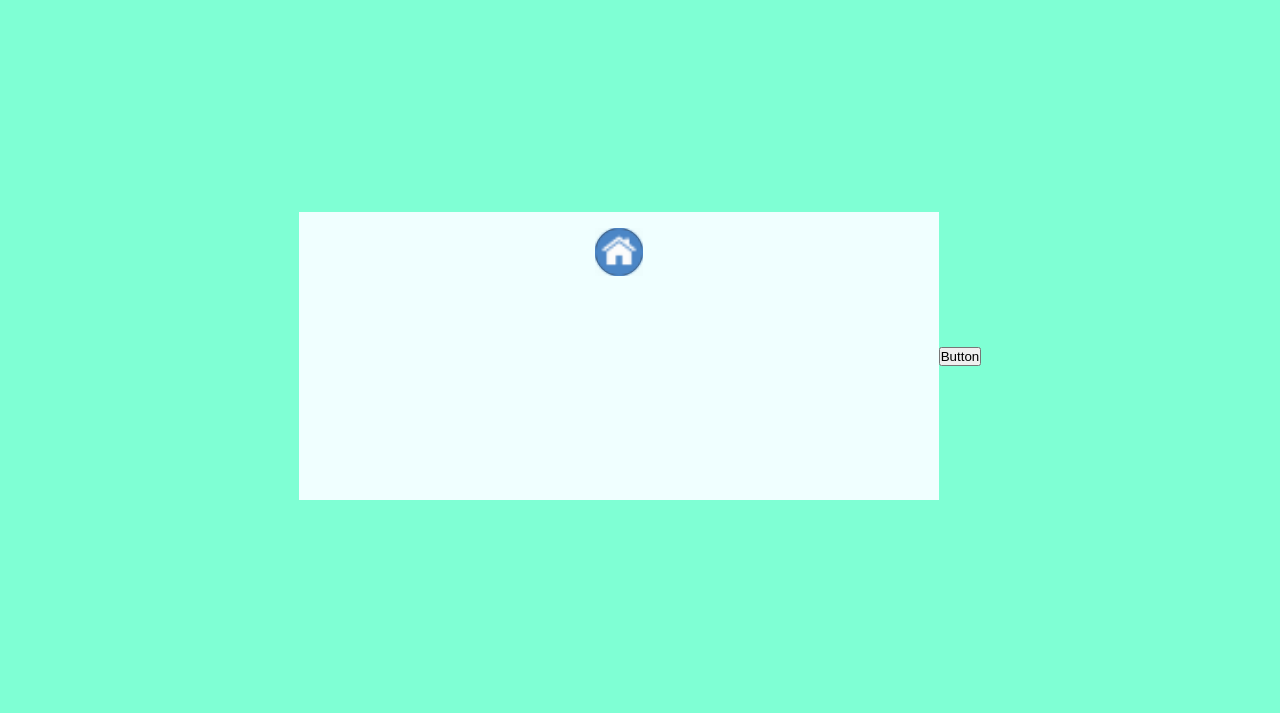
Repository: gitveerak/git-message-chat
Page: demo/demo.html
The author's editor kept a copy of each file at every save. The page is drawn from the files as they stood at one save, then again after the next save.
The browser window is 1280 px wide. The pictures show the whole page.

Above is the page before, as saved 2025-04-19 16:47:16.

### demo/demo.html
<!DOCTYPE html>
<html lang="en">
<head>
    <meta charset="UTF-8">
    <meta name="viewport" content="width=device-width, initial-scale=1.0">
    <title>Demo Page</title>
    <style>
        *{
            padding: 0;
            margin: 0;
            box-sizing: border-box;
        }
        .wrap{
            height: 99vh;
            width: 100vw;
            background-color: aquamarine;
            display: flex;
            justify-content: center;
            align-items: center;
        }
        .wrap_inner{
            display: block;
            width: 50vw;
            height: 40vh;
            background-color:azure;
            .icon{
                width: 100%;
                position: relative;
                padding-top: 1em;
                /* display: none; */
                .icon_inner{
                    position: absolute;
                    top: 1em;
                    left: 50%;
                    transform: translateX(-50%);
                    background-color: rgb(56, 56, 56);
                    border-radius: 5em;
                    /* animation: icon 1s ease forwards; */
                    .img_icon{
                        vertical-align: bottom;
                        animation: img_icon 1s ease forwards;
                    }
                }
            }
        }
        @keyframes icon{
            0%{
                width: 3vw;
            }
            10%{
                width: 5vw;
            }
            20%{
                width: 11vw;
            }
            30%{
                width: 17vw;
            }
            40%{
                width: 23vw;
            }
            50%{
                width: 29vw;
            }
            60%{
                width: 30vw;
            }
            70%{
                width: 30vw;
            }
            80%{
                width: 30vw;
            }
            100%{
                width: 30vw;
            }
        }
        @keyframes img_icon {
            0%{
                width: 1em;
            }
            100%{
                width: 3em;
            }
        }
        .wrap_inner:hover{
            .img_icon{
                display: block;
            }
        }
    </style>
</head>
<body>
    <div class="wrap">
        <div class="wrap_inner">
            <div class="icon">
                <div class="icon_inner">
                    <img class="img_icon" src="home.png" alt="home_png">
                </div>
            </div>
        </div>
        <button type="button" onclick="btn()">Button</button>
    </div>
    <script>
        const icon = document.querySelector('.icon');
        function btn() {
            icon.style.display='block';
            setTimeout(() => {
            icon.style.display='none';
            }, 6000);
        }

    </script>
</body>
</html>

After the next save:
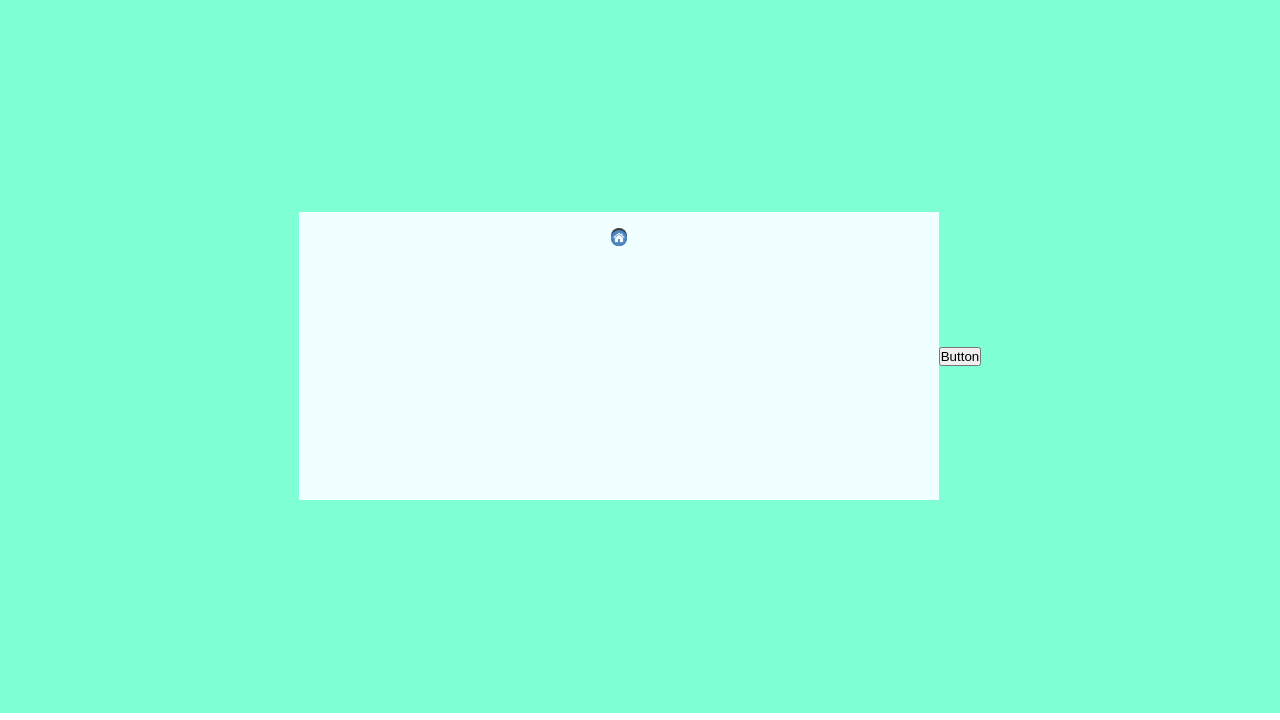
Saved 16 s later.
--- a/demo/demo.html
+++ b/demo/demo.html
@@ -77,10 +77,10 @@
         }
         @keyframes img_icon {
             0%{
-                width: 1em;
+                width: 3em;
             }
             100%{
-                width: 3em;
+                width: 1em;
             }
         }
         .wrap_inner:hover{
